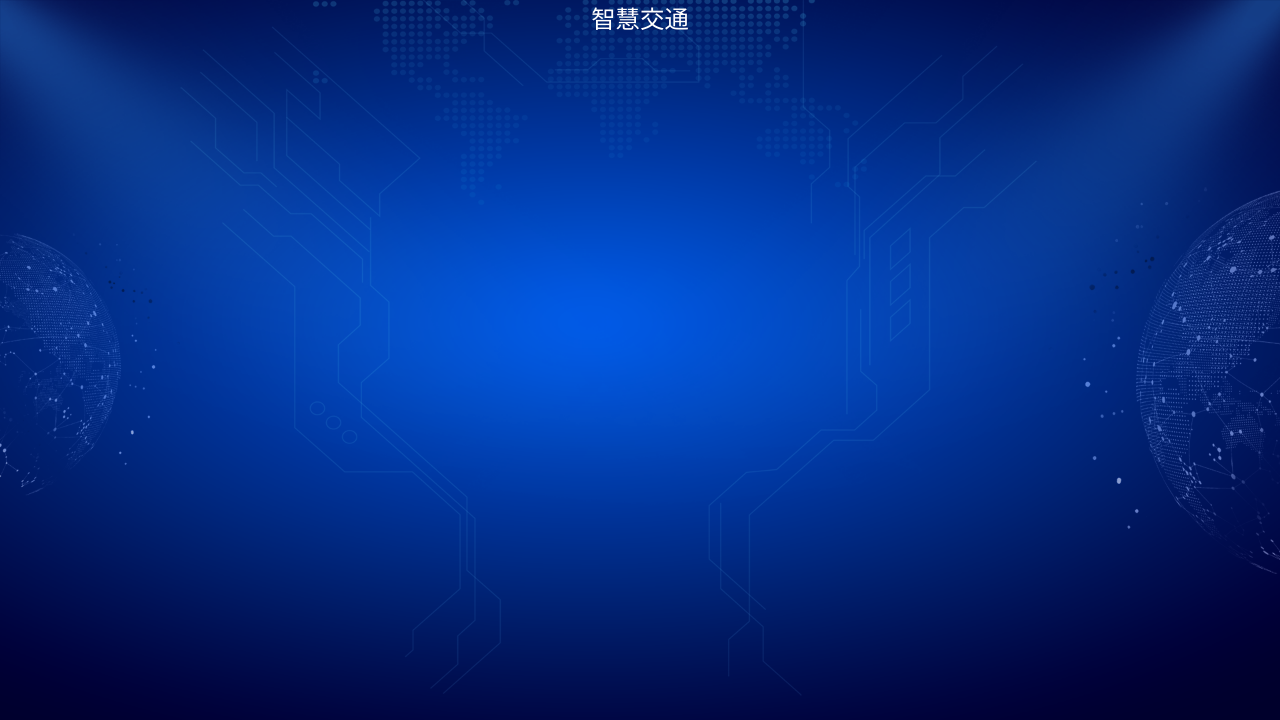
Repository: lizzie7d/smart-traffic
Page: /
The author's editor kept a copy of each file at every save. The page is drawn from the files as they stood at one save, then again after the next save.
The browser window is 1280 px wide. The pictures show the whole page.
The project was rebuilt for these pictures with package versions that can differ from the ones it lists, and the page was loaded fresh each time.

Above is the page before, as saved 2023-04-11 16:03:09.

### src/App.js
import "./App.css";
import MainPage from "./pages/main";

function App() {
  return (
    <div className="App">
      <header className="App-header">
        <MainPage />
      </header>
    </div>
  );
}

export default App;

### src/App.css
.App {
  text-align: center;
}


.App-header {
  /* background-color: #282c34; */
  min-height: 100vh;
  display: flex;
  background-image: url(./assets/bg-image.png);
background-repeat: no-repeat;
background-size: 100%;
  flex-direction: column;
  font-size: calc(10px + 2vmin);
  color: white;
}

.App-link {
  color: #61dafb;
}

@keyframes App-logo-spin {
  from {
    transform: rotate(0deg);
  }
  to {
    transform: rotate(360deg);
  }
}

### src/pages/main.jsx
import React from 'react';
import './style.css'
const MainPage = () => {
    return (
        <div className="main-container">
            <div className="main-title">
                智慧交通

            </div>
        </div>
    )
}
export default MainPage;

### src/pages/style.css
.main-container{

height: 100%;
width: 100%;
}

Loaded but not shown: public/index.html (common file); src/index.js (common file); src/index.css (common file); src/reportWebVitals.js (common file)

After the next save:
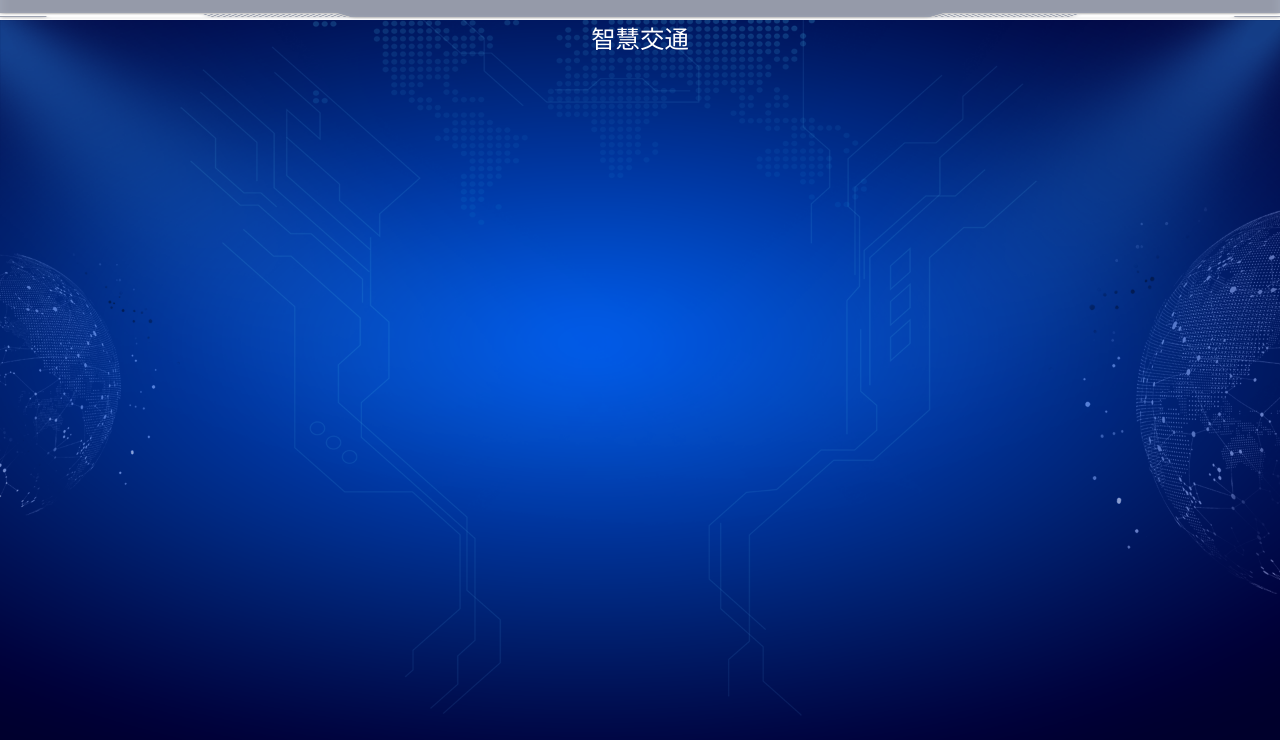
Saved 7 min 51 s later.
--- a/src/App.js
+++ b/src/App.js
@@ -4,9 +4,10 @@ import MainPage from "./pages/main";
 function App() {
   return (
     <div className="App">
-      <header className="App-header">
+      <header className="App-header"></header>
+      <content className="App-content">
         <MainPage />
-      </header>
+      </content>
     </div>
   );
 }
--- a/src/App.css
+++ b/src/App.css
@@ -3,7 +3,7 @@
 }
 
 
-.App-header {
+.App-content {
   /* background-color: #282c34; */
   min-height: 100vh;
   display: flex;
@@ -13,6 +13,13 @@
   flex-direction: column;
   font-size: calc(10px + 2vmin);
   color: white;
+}
+
+header {
+  position: relative;
+  height: 1.25rem;
+  background: url(./assets/head_bg.png) no-repeat;
+  background-size: 100% 100%;
 }
 
 .App-link {

After the save that followed:
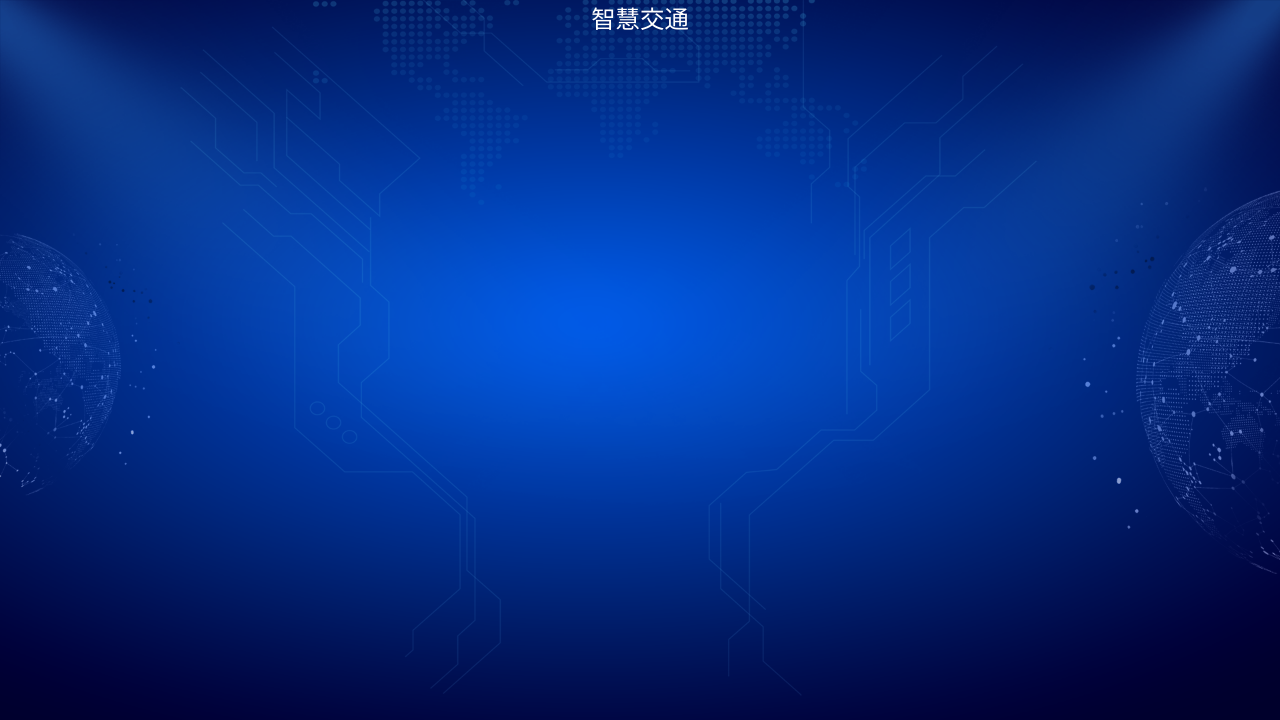
Saved 22 s later.
--- a/src/App.css
+++ b/src/App.css
@@ -15,12 +15,6 @@
   color: white;
 }
 
-header {
-  position: relative;
-  height: 1.25rem;
-  background: url(./assets/head_bg.png) no-repeat;
-  background-size: 100% 100%;
-}
 
 .App-link {
   color: #61dafb;
